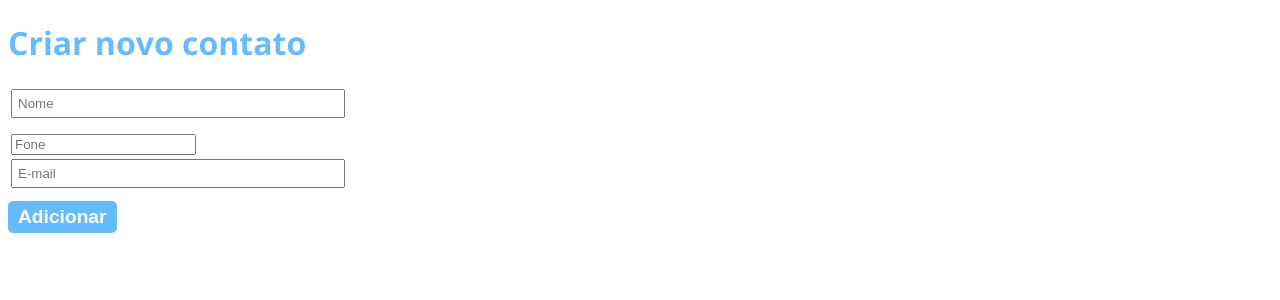
Repository: evanalves/Agenda-JDBC
Page: agenda/src/main/webapp/novo.html
These files come from the project's save history. The page is drawn as it stood at one moment and after the next save; the edit follows.
The browser window is 1280 px wide. The pictures show the whole page.

Above is the page before, as saved 2023-08-20 13:22:29.

After the next save:
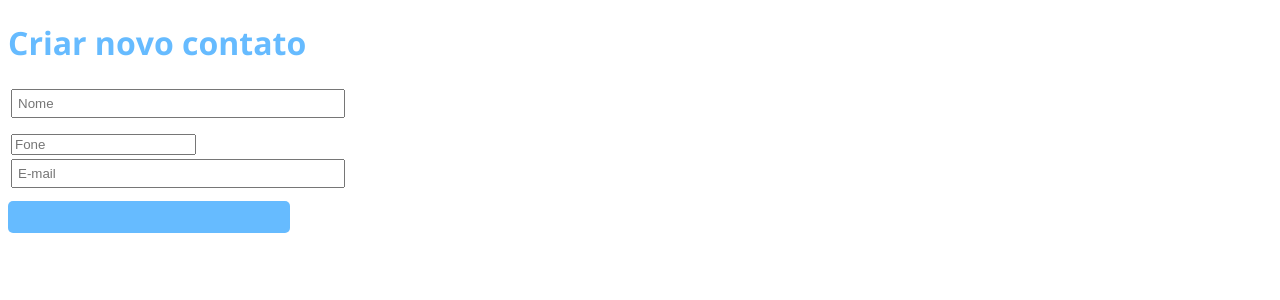
Saved 11 s later.
--- a/agenda/src/main/webapp/novo.html
+++ b/agenda/src/main/webapp/novo.html
@@ -24,7 +24,7 @@
 					class="caixa1"></td>
 			</tr>
 		</table>
-		<input type="button" value="Adicionar" class="botao1">
+		<input class="botao1">
 	</form>
 
 </body>

After the save that followed:
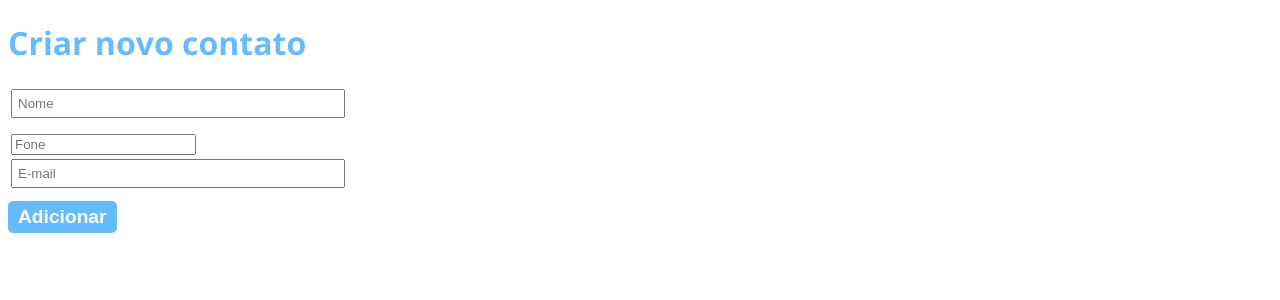
Saved 19 s later.
--- a/agenda/src/main/webapp/novo.html
+++ b/agenda/src/main/webapp/novo.html
@@ -24,7 +24,7 @@
 					class="caixa1"></td>
 			</tr>
 		</table>
-		<input class="botao1">
+		<input type="button" value="Adicionar" class="botao1">
 	</form>
 
 </body>
